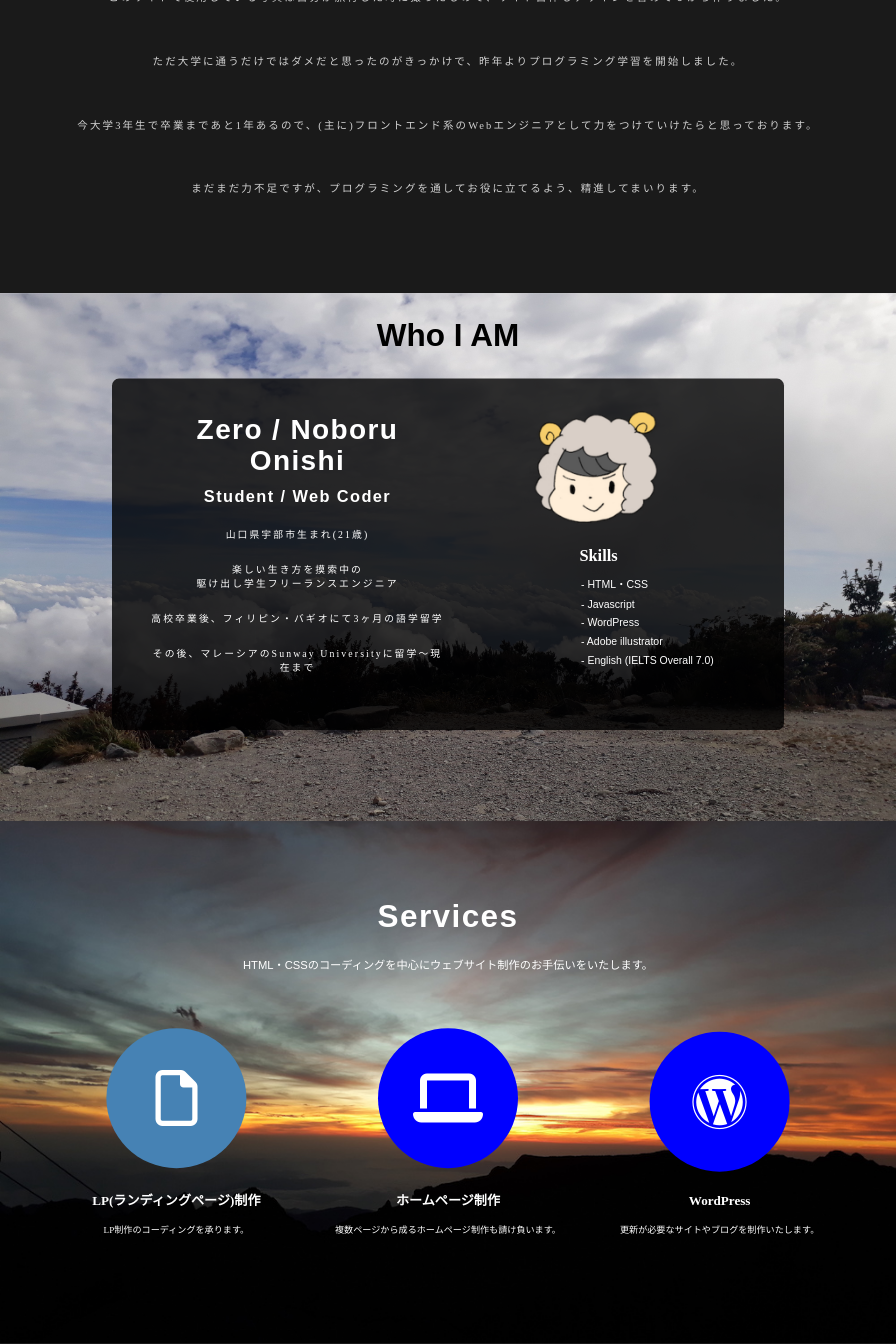
Repository: ZeroRequiem126/MyPortfolioSite
Page: top.html
The author's editor kept a record of every edit. The page is drawn from the files as they stood at one moment, then again after the next edit.
The browser window is 1280 px wide. The pictures show the part of the page from y = 1057 to 2977 px (the page is 2977 px tall), at 70% of full size.
Some web libraries are served in a nearby version.

Above is the page before.

### top.html
<!DOCTYPE>
<html>
    <head>
        <meta charset="utf-8">
        <title>Zero</title>
        <link rel="stylesheet" type="text/css" href="top.css">
        <link rel="stylesheet" type="text/css"  href="swiper.css">
        <meta name="viewport" content="width=device-width, initial-scale=1.0">
        <script src="https://kit.fontawesome.com/fdddab2d46.js"></script>
    </head>

    <body>
        <header>
            <div class="container">
                <div class="header-left">Zero</div>
                <div class="header-right">
                    <ul>
                        <li>Who I AM</li>
                        <li>Skills</li>
                        <li>Portfolio</li>
                        <li>Contact</li>
                    </ul>
                </div>
            </div>
        </header>

        <div class="main">
            <div class="container">

                    <span class="slider-title">Zero</span>
                    <div class="swiper-container">
                        <div class="swiper-wrapper">
                              <div class="swiper-slide"><img src="images/pic1.jpg" alt="pic1.JPG" width="100%"></div>
                              <div class="swiper-slide"><img src="images/pic2.jpg" alt="pic2.jpg" width="100%"></div>
                              <div class="swiper-slide"><img src="images/pic3.jpg" alt="pic3.JPG" width="100%"></div>
                              <div class="swiper-slide"><img src="images/pic4.png" alt="pic4.png" width="100%"></div>
                              <div class="swiper-slide"><img src="images/pic5.jpg" alt="pic4.jpg" width="100%"></div>
                              <div class="swiper-slide"><img src="images/pic6.jpg" alt="pic4.jpg" width="100%"></div>
                        </div>
                        <div class="swiper-button-prev"></div>
                        <div class="swiper-button-next"></div>
                    </div>

                    <div class="introduction">
                        <div class="container">
                            <p>はじめまして、大西昇と申します。</p>
                            <p>現在マレーシアの大学に留学している者ですが、駆け出しのウェブ系フリーランスとしても活動しています。 </p>
                            <p>このサイトで使用している写真は自分が旅行した時に撮ったもので、サイト自体もデザインを含めて０から作りました。</p>
                            <p>ただ大学に通うだけではダメだと思ったのがきっかけで、昨年よりプログラミング学習を開始しました。</p>
                            <p>今大学3年生で卒業まであと1年あるので、(主に)フロントエンド系のWebエンジニアとして力をつけていけたらと思っております。</p>
                            <p>まだまだ力不足ですが、プログラミングを通してお役に立てるよう、精進してまいります。</p>
                        </div>
                    </div>

                    <div class="about">
                        <div class="container">
                            <h1 class="about-title" style="font-family: 'Gurmukhi MN',sans-serif;">Who I AM</h1>

                            <div class="about-contents">
                                <div class="about-left">
                                    <div class="name-and-job">
                                        <h1>Zero / Noboru Onishi</h1>
                                        <h3>Student / Web Coder</h3>
                                    </div>
                                    <div class="career">
                                        <p>山口県宇部市生まれ(21歳)</p>
                                        <p>楽しい生き方を摸索中の<br>駆け出し学生フリーランスエンジニア</p>
                                        <p>高校卒業後、フィリピン・バギオにて3ヶ月の語学留学</p>
                                        <p>その後、マレーシアのSunway Universityに留学〜現在まで</p>
                                    </div>
                                </div>

                                <div class="about-right">
                                    <img src="images/person.png">
                                    <h3>Skills</h3>
                                    <ul>
                                        <li>- HTML・CSS</li>
                                        <li>- Javascript</li>
                                        <li>- WordPress</li>
                                        <li>- Adobe illustrator</li>
                                        <li>- English (IELTS Overall 7.0)</li>
                                    </ul>
                                </div>
                            </div>

                        </div>
                    </div>

                    <div class="service">
                        <div class="container">
                            <h1 class="service-title">Services</h1>
                            <p class="service-subtitle">HTML・CSSのコーディングを中心にウェブサイト制作のお手伝いをいたします。</p>

                            <div class="services">

                                <div class="service-contents">
                                    <span class="far fa-file" style="background-color: #4682b4;"></span>
                                    <h3>LP(ランディングページ)制作</h3>
                                    <p class="service-explanation">LP制作のコーディングを承ります。</p>
                                </div>

                                <div class="service-contents">
                                    <span class="fas fa-laptop"></span>
                                    <h3>ホームページ制作</h3>
                                    <p class="service-explanation">複数ページから成るホームページ制作も請け負います。</p>
                                </div>

                                <div class="service-contents">
                                    <span class="fab fa-wordpress"></span>
                                    <h3>WordPress</h3>
                                    <p>更新が必要なサイトやブログを制作いたします。</p>
                                </div>
                            </div>
                        </div>
                    </div>

            </div>
        </div>

        <footer>

        </footer>

        <script src="swiper.js"></script>
        <script>
          var mySwiper = new Swiper ('.swiper-container', {
            navigation: {
              nextEl: '.swiper-button-next',
              prevEl: '.swiper-button-prev',
            },
            loop: true,
            autoplay: {
                delay: 3000,
                disableOnInteraction: true
            },
            speed: 700,
          })
        </script>
    </body>

</html>

### top.css
@charset "utf-8";

* {
    box-sizing: border-box;
    margin: 0px;
    padding: 0px;
}

.container {
    text-align: center;
}

/* header */

header {
    height: 60px;
    width: 100%;
    background-color: white;
    color: black;
    line-height: 60px;
    position: fixed;
    z-index: 100;
}

.header-left {
    float: left;
    padding-left: 100px;
    font-size: 30px;
    font-family: 'Superclarendon',sans-serif;
}

.header-right {
    float: right;
    font-family: 'Gurmukhi MN',sans-serif;
}

.header-right ul {
    list-style: none;
    padding-right: 120px;
}

.header-right ul li {
    float: left;
    padding: 0 40px;
    font-size: 20px;
    cursor: pointer;
    transition: background-color 0.5s;
}

.header-right ul li:hover {
    background-color: #dcdcdc;
    transition: background-color 1s;
}

/* slider */

.slider-title {
    color: white;
    font-size: 150px;
    font-family: 'Trattatello',sans-serif;;
    position: absolute;
    top: 35%;
    left: 40%;
    z-index: 10;
    padding: 0 15px 0 10px;
    border: solid 8px;
    border-radius: 50%;
}

/* introduction */

.introduction {
    color: #D1D1D1;
    font-size: 15px;
    background-color: #1A1A1A;
    padding: 140px 0 70px 0;
    font-family: 'klee',sans-serif;
}

.introduction p {
    padding-bottom: 70px;
    letter-spacing: 3px;
}

/* About */

.about {
    margin: 0 auto;
    background-image: url("images/pic7.jpg");
    background-size: 100% auto;
    padding-bottom: 130px;
    font-size: 20px;
}

.about-title {
    padding: 35px 0;
    font-size: 45px;
}

.about-contents {
    background-color: rgba(0,0,0,0.8);
    display: inline-block;
    color: white;
    width: 75%;
    border-radius: 10px;
    padding: 0px 50px 50px 50px;
}

.about-left {
    float: left;
    width: 50%;
    vertical-align: top;
    padding-top: 50px;
}

.name-and-job {
    font-family: 'Papyrus-Condensed',sans-serif;
    letter-spacing: 2px;
    padding-bottom: 30px;
}

.name-and-job h1 {
    padding-bottom: 15px;
}

.career {
    font-family: 'klee',sans-serif;
}

.career p {
    padding-bottom: 30px;
    letter-spacing: 3px;
    font-size: 14px;
}

.about-right {
    float: left;
    width: 50%;
    padding-top: 20px;
}

.about-right h3 {
    padding-top: 20px;
    padding-bottom: 15px;
}

.about-right ul {
    list-style: none;
}

.about-right ul li {
    font-size: 15px;
    font-family: 'klee',sans-serif;
    padding-bottom: 10px;
    text-align: left;
    padding-left: 190px;
}

.about-right img {
    width: 200px;
}

/* Service */

.service {
    background-image: url("images/pic8.jpg");
    background-size: 100% auto;
    color: white;
    padding: 110px 0 155px 0;
}

.service-title {
    padding-bottom: 30px;
    font-family: 'Gurmukhi MN',sans-serif;
    font-size: 45px;
    letter-spacing: 2px;
}

.service-subtitle {
    font-family: 'klee',sans-serif;
}

.service-contents {
    display: inline-block;
    width: 30%;
    padding-top: 80px;
}

.service-contents span {
    font-size: 80px;
    border-radius: 50%;
    background-color: blue;
    margin-bottom: 30px;
    width: 200px;
    height: 200px;
    line-height: 200px;
}

.service-contents h3,p {
    font-family: 'klee';
}

.service-contents h3 {
    padding-bottom: 20px;
}

.service-contents p {
    font-size: 13px;
}

Loaded but not shown: swiper.css (library); swiper.js (library)

After the next edit:
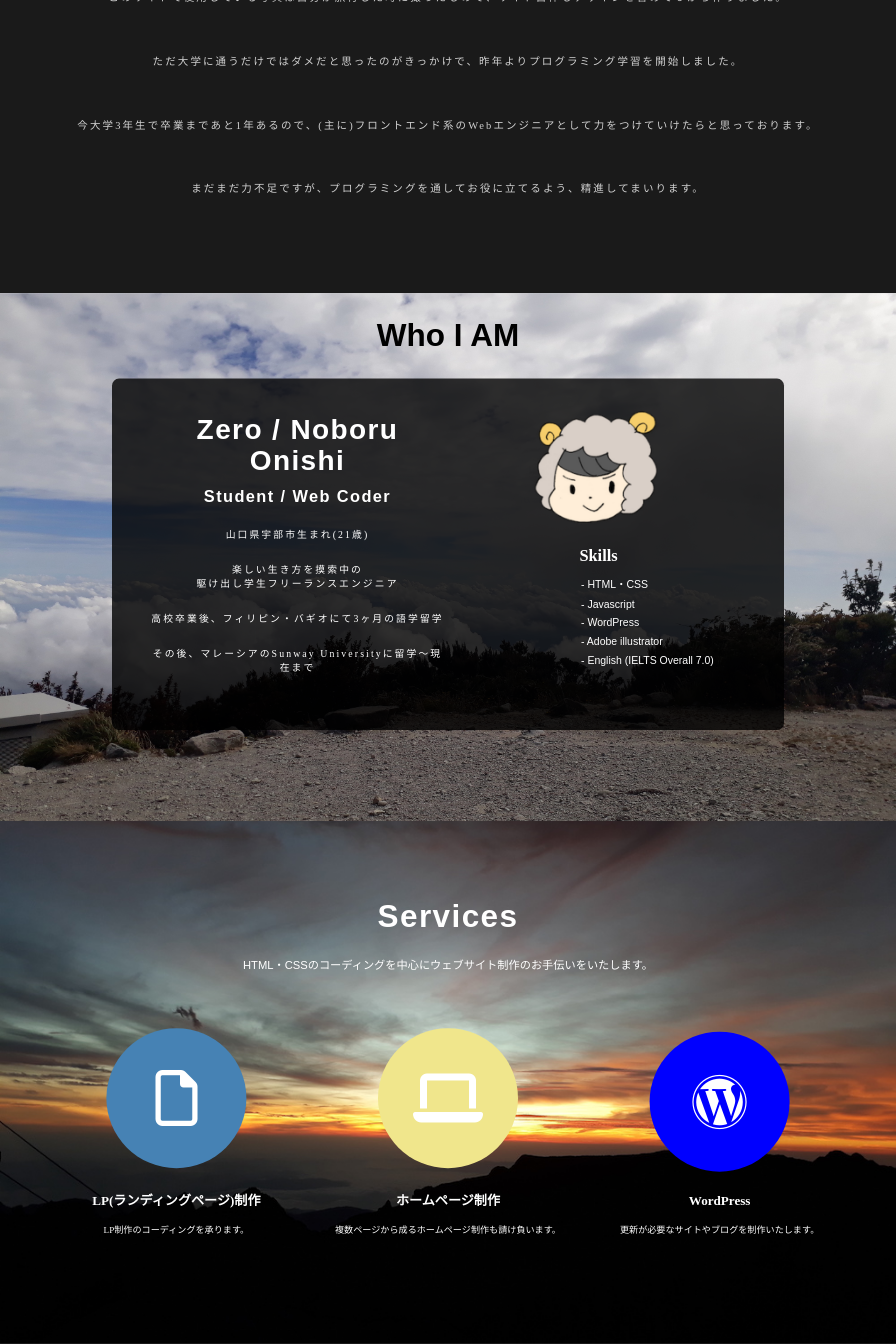
The edit:
--- a/top.html
+++ b/top.html
@@ -100,7 +100,7 @@
                                 </div>
 
                                 <div class="service-contents">
-                                    <span class="fas fa-laptop"></span>
+                                    <span class="fas fa-laptop" style="background-color: #f0e68c;"></span>
                                     <h3>ホームページ制作</h3>
                                     <p class="service-explanation">複数ページから成るホームページ制作も請け負います。</p>
                                 </div>
